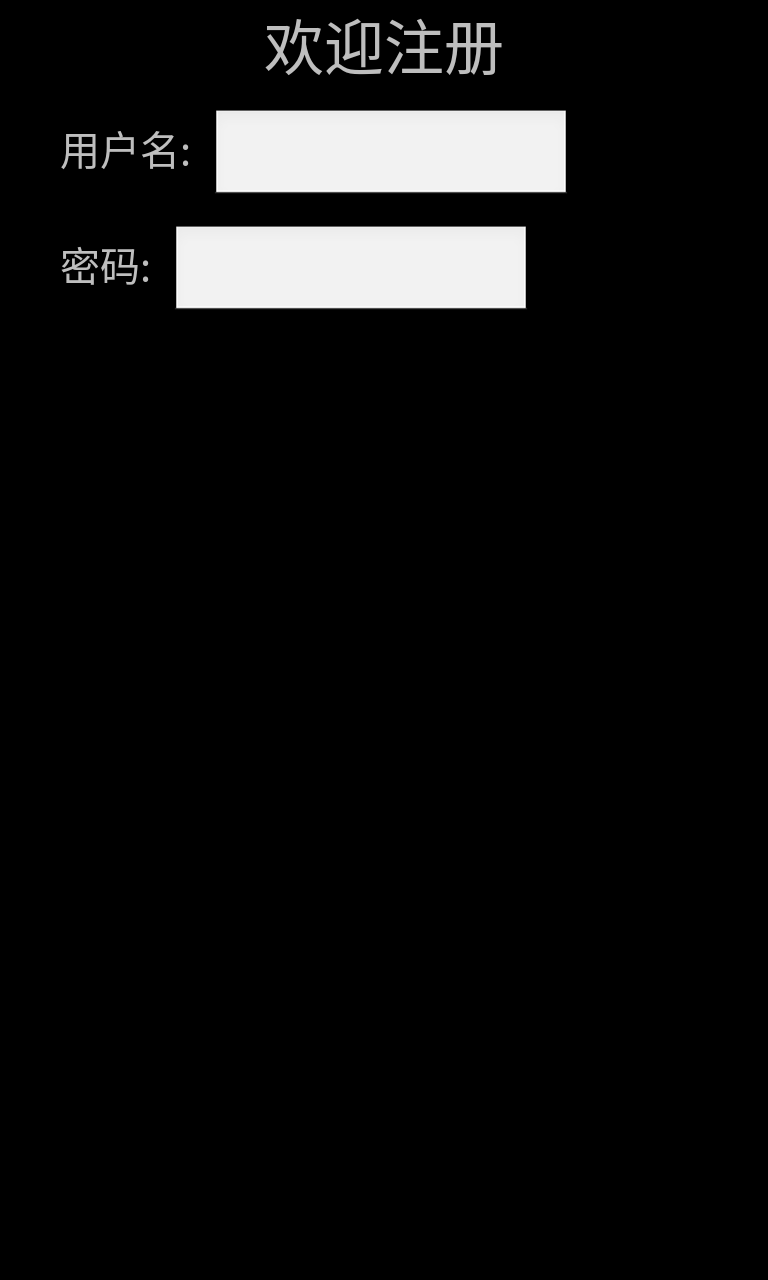
Repository: jcyfkimi/Android-TaoTao
Layout: TaoTao/res/layout/reg.xml
These files come from the project's save history. The layout is drawn as it stood at one moment and after the next save; the edit follows.
It is drawn on a 768 x 1280 px phone screen (xhdpi) without system bars, with theme android:Theme; the app's code is not run.

Above is the layout before, as saved 2011-09-13 07:11:48.

### TaoTao/res/layout/reg.xml
<?xml version="1.0" encoding="utf-8"?>
<LinearLayout
  xmlns:android="http://schemas.android.com/apk/res/android"
  android:orientation="vertical"
  android:layout_width="match_parent"
  android:layout_height="match_parent">
    <TextView android:layout_width="wrap_content"
    	android:layout_height="wrap_content"
    	android:layout_gravity="center_horizontal"
    	android:text="@string/regtitle"
    	android:textSize="30dip"/>

	<LinearLayout
	  xmlns:android="http://schemas.android.com/apk/res/android"
	  android:orientation="horizontal"
	  android:layout_width="wrap_content"
	  android:layout_height="wrap_content">
	  <TextView android:layout_width="wrap_content"
	  	android:layout_height="wrap_content"
	  	android:layout_marginLeft="30dip"
	  	android:layout_marginTop="10dip"
	  	android:text="@string/reguname"
	  	android:textSize="20dip"/>
	  <EditText android:id="@+id/regname"
	  	android:layout_width="180dip"
	  	android:layout_height="wrap_content"
	  	android:layout_marginLeft="10dip"
	  	android:layout_marginTop="10dip"/>
	  </LinearLayout>

	  <LinearLayout
	  xmlns:android="http://schemas.android.com/apk/res/android"
	  android:orientation="horizontal"
	  android:layout_width="wrap_content"
	  android:layout_height="wrap_content">
	  <TextView android:layout_width="wrap_content"
	  	android:layout_height="wrap_content"
	  	android:layout_marginLeft="30dip"
	  	android:layout_marginTop="10dip"
	  	android:text="@string/regpass"
	  	android:textSize="20dip"/>
	  <EditText android:id="@+id/regpass"
	  	android:layout_width="180dip"
	  	android:layout_height="wrap_content"
	  	android:layout_marginLeft="10dip"
	  	android:layout_marginTop="10dip"/>
	  </LinearLayout>
</LinearLayout>

### TaoTao/res/values/strings.xml
<?xml version="1.0" encoding="utf-8"?>
<resources>
    <string name="app_name">TaoTao</string>
    <string name="logintext">用户名:</string>
    <string name="passtext">密    码:</string>
    <string name="forgetpass">忘记密码?</string>
    <string name="btnlogin">登录</string>
    <string name="btnreg">注册</string>
    <string name="regtitle">欢迎注册</string>
    <string name="reguname">用户名:</string>
    <string name="regpass">密码:</string>
    <string name="regpasscfm">确认密码:</string>
    <string name="indexhead">淘淘购物</string>
</resources>

After the next save:
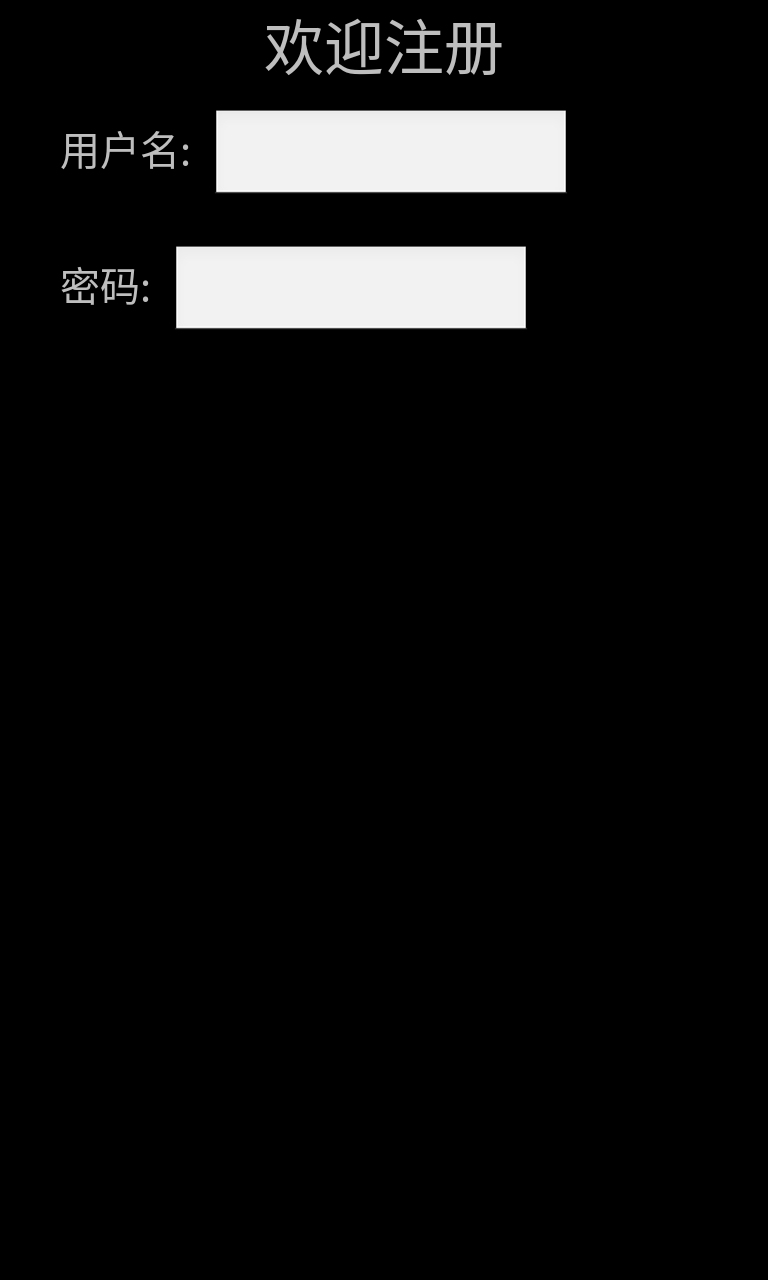
Saved 14 s later.
--- a/TaoTao/res/layout/reg.xml
+++ b/TaoTao/res/layout/reg.xml
@@ -32,7 +32,8 @@
 	  xmlns:android="http://schemas.android.com/apk/res/android"
 	  android:orientation="horizontal"
 	  android:layout_width="wrap_content"
-	  android:layout_height="wrap_content">
+	  android:layout_height="wrap_content"
+	  android:layout_marginTop="10dip">
 	  <TextView android:layout_width="wrap_content"
 	  	android:layout_height="wrap_content"
 	  	android:layout_marginLeft="30dip"
